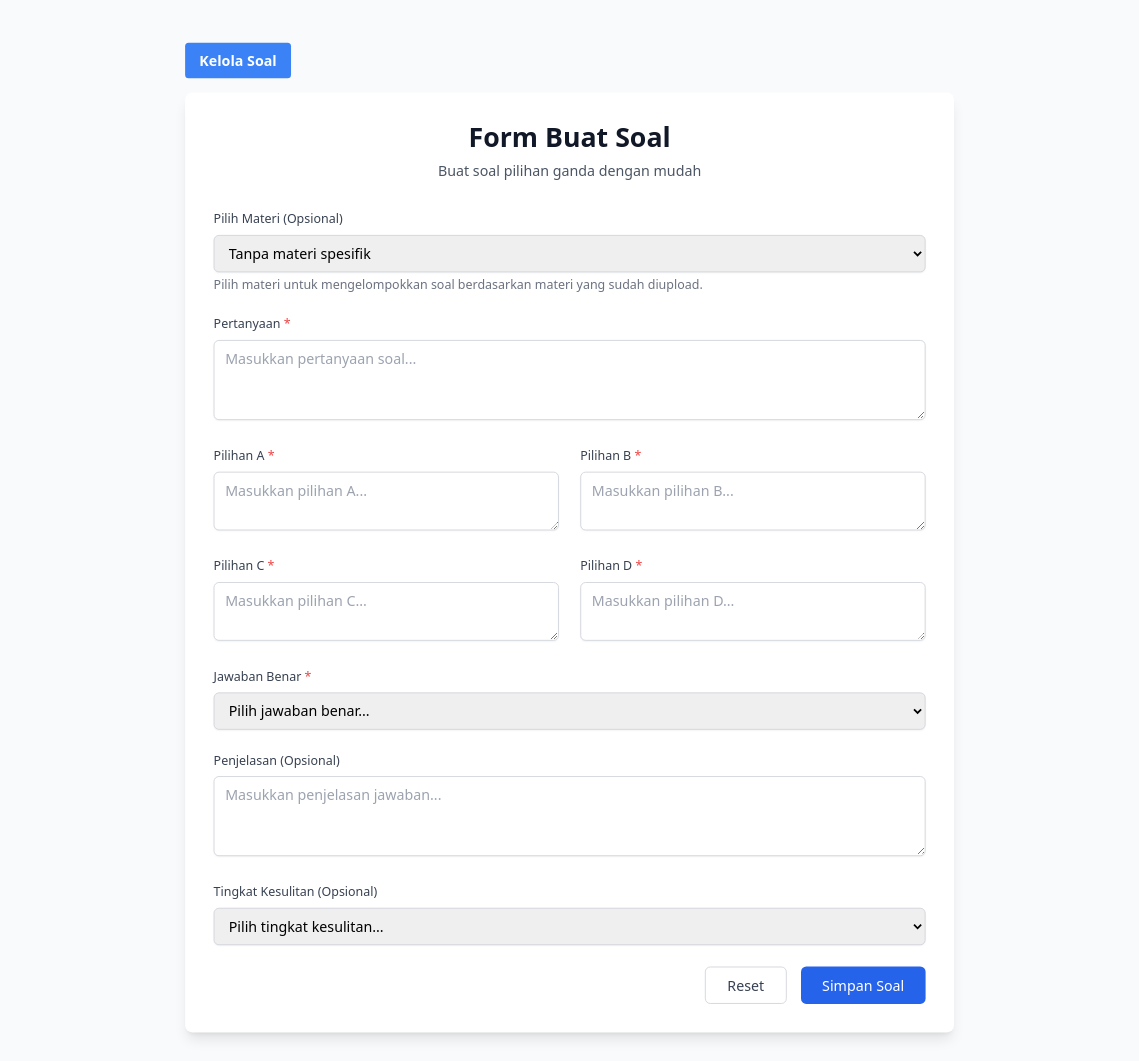
Repository: Autofat/LMS-MOOC
Page: http://localhost/questions/create
An editor plug-in stored every save of this project. The page is shown before and after the next save, followed by the edit.
The browser window is 1280 px wide. The pictures show the whole page, at 89% of full size.
Some web libraries are served in a nearby version. The page is served by the project's Laravel application, run on PHP 8.4 with Laravel 12. A made-up administrator, Test User (test@example.com), is signed in. Other server files are loaded and not shown. Queries for data that is not in the repository find no rows.

Above is the page before, as saved 2025-08-01 11:41:44.
Console error: TypeError: Cannot set properties of null (setting 'textContent')

### routes/web.php
<?php

use Illuminate\Support\Facades\Route;
use Illuminate\Support\Facades\Auth;
use Illuminate\Support\Facades\Http;
use Illuminate\Support\Facades\Storage;
use Illuminate\Http\Request;
use App\Http\Controllers\QuestionController;
use App\Http\Controllers\MaterialController;
use App\Http\Controllers\AuthController;

// Root redirect to login
Route::get('/', function () {
    // Force logout and clear session
    Auth::logout();
    session()->flush();
    session()->regenerate();

    return redirect()->route('login');
});

// Authentication Routes
Route::get('/login', [AuthController::class, 'showLoginForm'])->name('login');
Route::post('/login', [AuthController::class, 'login']);
Route::get('/register', [AuthController::class, 'showRegisterForm'])->name('register');
Route::post('/register', [AuthController::class, 'register']);
Route::post('/logout', [AuthController::class, 'logout'])->name('logout');

// Temporary route to clear session
Route::get('/clear-session', function () {
    Auth::logout();
    session()->flush();
    session()->regenerate();
    return redirect()->route('login')->with('success', 'Session cleared. Please login again.');
});

// Test route to check auth status
Route::get('/test-auth', function () {
    return response()->json([
        'auth_check' => Auth::check(),
        'user' => Auth::user(),
        'session_id' => session()->getId(),
        'session_data' => session()->all()
    ]);
});

// Protected Routes (require authentication)
Route::middleware(['auth'])->group(function () {

    // Debug route for testing n8n connection
    Route::get('/test-n8n-connection', function () {
        try {
            $testData = [
                'action' => 'test_connection',
                'timestamp' => now()->toISOString(),
                'message' => 'Laravel connection test'
            ];

            $n8nUrl = env('N8N_GENERATE_QUESTIONS_URL', 'http://localhost:5678/webhook/generate-questions');

            $response = Http::timeout(120)
                ->retry(2, 100)
                ->withOptions([
                    'verify' => false,
                    'allow_redirects' => true,
                    'http_errors' => false
                ])
                ->post($n8nUrl, $testData);

            return response()->json([
                'success' => true,
                'message' => 'n8n connection test completed',
                'url' => $n8nUrl,
                'request_data' => $testData,
                'response' => [
                    'status' => $response->status(),
                    'headers' => $response->headers(),
                    'body' => $response->body(),
                    'successful' => $response->successful()
                ]
            ]);

        } catch (\Exception $e) {
            return response()->json([
                'success' => false,
                'error' => $e->getMessage(),
                'error_class' => get_class($e)
            ], 500);
        }
    })->name('test.n8n.connection');

    // Material Routes
    Route::get('/materials', [MaterialController::class, 'index'])->name('materials.index');
    Route::get('/materials/create', [MaterialController::class, 'create'])->name('materials.create');
    Route::post('/materials', [MaterialController::class, 'store'])->name('materials.store');
    Route::get('/materials/{id}', [MaterialController::class, 'show'])->name('materials.show');
    Route::get('/materials/{id}/edit', [MaterialController::class, 'edit'])->name('materials.edit');
    Route::put('/materials/{id}', [MaterialController::class, 'update'])->name('materials.update');
    Route::delete('/materials/{id}', [MaterialController::class, 'destroy'])->name('materials.destroy');
    Route::get('/materials/{id}/download', [MaterialController::class, 'download'])->name('materials.download');

    // Debug routes for testing file uploads
    Route::get('/test-upload', function () {
        return view('test-upload');
    })->name('test.upload.form');

    Route::post('/test-upload', function (Request $request) {
        $info = [
            'has_file' => $request->hasFile('pdf_file'),
            'php_upload_max' => ini_get('upload_max_filesize'),
            'php_post_max' => ini_get('post_max_size'),
            'storage_writable' => is_writable(storage_path('app/public')),
            'materials_dir_exists' => Storage::disk('public')->exists('materials'),
        ];

        if ($request->hasFile('pdf_file')) {
            $file = $request->file('pdf_file');
            $info['file'] = [
                'name' => $file->getClientOriginalName(),
                'size' => $file->getSize(),
                'mime' => $file->getMimeType(),
                'is_valid' => $file->isValid(),
                'error' => $file->getError(),
            ];
        }

        return response()->json($info);
    })->name('test.upload');
    Route::get('/materials/{id}/questions', [MaterialController::class, 'questions'])->name('materials.questions');

    // Generate Questions with n8n
    Route::post('/materials/{id}/generate-questions', [MaterialController::class, 'generateQuestions'])->name('materials.generate-questions');
    Route::post('/materials/{id}/generate-questions-async', [MaterialController::class, 'generateQuestionsAsync'])->name('materials.generate-questions-async');
    Route::get('/materials/{id}/test-n8n', [MaterialController::class, 'testN8nConnection'])->name('materials.test-n8n');

    // Form Manual Input
    Route::get('/questions/create', [QuestionController::class, 'create'])->name('questions.create');
    Route::post('/questions', [QuestionController::class, 'store'])->name('questions.store');

    // Manage and Edit Questions
    Route::get('/questions/manage', [QuestionController::class, 'manage'])->name('questions.manage');
    Route::get('/questions/{id}/edit', [QuestionController::class, 'edit'])->name('questions.edit');
    Route::put('/questions/{id}', [QuestionController::class, 'update'])->name('questions.update');
    Route::delete('/questions/{id}', [QuestionController::class, 'destroy'])->name('questions.destroy');
});

### resources/views/form.blade.php
<!DOCTYPE html>
<html lang="id">

<head>
    <meta charset="UTF-8">
    <meta name="viewport" content="width=device-width, initial-scale=1.0">
    <title>Form Buat Soal</title>
    <script src="https://cdn.tailwindcss.com"></script>
</head>

<body class="bg-gray-50 min-h-screen py-8">
    <div class="max-w-4xl mx-auto px-4 py-4">
        <div class="flex justify-between items-center">
            <a href="{{ route('questions.manage') }}"
                class="bg-blue-500 hover:bg-blue-700 text-white font-bold py-2 px-4 rounded">Kelola Soal
            </a>
        </div>
    </div>
    <div class="max-w-4xl mx-auto px-4">
        <div class="bg-white rounded-lg shadow-lg p-8">
            <!-- Header -->
            <div class="text-center mb-8">
                <h1 class="text-3xl font-bold text-gray-900 mb-2">Form Buat Soal</h1>
                <p class="text-gray-600">Buat soal pilihan ganda dengan mudah</p>
            </div>

            <!-- Auto-Fill Message -->
            @if (isset($autoFillData))
                <div class="bg-blue-100 border border-blue-400 text-blue-700 px-4 py-3 rounded mb-6">
                    <strong>Form telah diisi otomatis!</strong> Data dari bot n8n telah dimuat. Anda dapat mengedit dan
                    submit secara manual.
                </div>
            @endif

            <!-- Error Messages -->
            @if ($errors->any())
                <div class="bg-red-100 border border-red-400 text-red-700 px-4 py-3 rounded mb-6">
                    <ul class="list-disc list-inside">
                        @foreach ($errors->all() as $error)
                            <li>{{ $error }}</li>
                        @endforeach
                    </ul>
                </div>
            @endif

            <!-- Form -->
            <form action="{{ route('questions.store') }}" method="POST" class="space-y-6">
                @csrf

                <!-- Material Selection -->
                <div>
                    <label for="material_id" class="block text-sm font-medium text-gray-700 mb-2">
                        Pilih Materi (Opsional)
                    </label>
                    <select id="material_id" name="material_id"
                        class="w-full px-3 py-2 border border-gray-300 rounded-md shadow-sm focus:outline-none focus:ring-2 focus:ring-blue-500 focus:border-transparent">
                        <option value="">Tanpa materi spesifik</option>
                        @foreach (\App\Models\Material::where('is_active', true)->orderBy('title')->get() as $material)
                            <option value="{{ $material->id }}"
                                {{ old('material_id', $autoFillData['material_id'] ?? '') == $material->id ? 'selected' : '' }}>
                                {{ $material->title }}
                                @if ($material->category)
                                    ({{ $material->category }})
                                @endif
                            </option>
                        @endforeach
                    </select>
                    <p class="text-sm text-gray-500 mt-1">Pilih materi untuk mengelompokkan soal berdasarkan materi yang
                        sudah diupload.</p>
                </div>

                <!-- Question -->
                <div>
                    <label for="question" class="block text-sm font-medium text-gray-700 mb-2">
                        Pertanyaan <span class="text-red-500">*</span>
                    </label>
                    <textarea id="question" name="question" rows="3"
                        class="w-full px-3 py-2 border border-gray-300 rounded-md shadow-sm focus:outline-none focus:ring-2 focus:ring-blue-500 focus:border-transparent"
                        placeholder="Masukkan pertanyaan soal..." required>{{ old('question', $autoFillData['question'] ?? '') }}</textarea>
                </div>

                <!-- Options -->
                <div class="grid md:grid-cols-2 gap-6">
                    <!-- Option A -->
                    <div>
                        <label for="option_a" class="block text-sm font-medium text-gray-700 mb-2">
                            Pilihan A <span class="text-red-500">*</span>
                        </label>
                        <textarea id="option_a" name="option_a" rows="2"
                            class="w-full px-3 py-2 border border-gray-300 rounded-md shadow-sm focus:outline-none focus:ring-2 focus:ring-blue-500 focus:border-transparent"
                            placeholder="Masukkan pilihan A..." required>{{ old('option_a', $autoFillData['option_a'] ?? '') }}</textarea>
                    </div>

                    <!-- Option B -->
                    <div>
                        <label for="option_b" class="block text-sm font-medium text-gray-700 mb-2">
                            Pilihan B <span class="text-red-500">*</span>
                        </label>
                        <textarea id="option_b" name="option_b" rows="2"
                            class="w-full px-3 py-2 border border-gray-300 rounded-md shadow-sm focus:outline-none focus:ring-2 focus:ring-blue-500 focus:border-transparent"
                            placeholder="Masukkan pilihan B..." required>{{ old('option_b', $autoFillData['option_b'] ?? '') }}</textarea>
                    </div>

                    <!-- Option C -->
                    <div>
                        <label for="option_c" class="block text-sm font-medium text-gray-700 mb-2">
                            Pilihan C <span class="text-red-500">*</span>
                        </label>
                        <textarea id="option_c" name="option_c" rows="2"
                            class="w-full px-3 py-2 border border-gray-300 rounded-md shadow-sm focus:outline-none focus:ring-2 focus:ring-blue-500 focus:border-transparent"
                            placeholder="Masukkan pilihan C..." required>{{ old('option_c', $autoFillData['option_c'] ?? '') }}</textarea>
                    </div>

                    <!-- Option D -->
                    <div>
                        <label for="option_d" class="block text-sm font-medium text-gray-700 mb-2">
                            Pilihan D <span class="text-red-500">*</span>
                        </label>
                        <textarea id="option_d" name="option_d" rows="2"
                            class="w-full px-3 py-2 border border-gray-300 rounded-md shadow-sm focus:outline-none focus:ring-2 focus:ring-blue-500 focus:border-transparent"
                            placeholder="Masukkan pilihan D..." required>{{ old('option_d', $autoFillData['option_d'] ?? '') }}</textarea>
                    </div>
                </div>

                <!-- Answer -->
                <div>
                    <label for="answer" class="block text-sm font-medium text-gray-700 mb-2">
                        Jawaban Benar <span class="text-red-500">*</span>
                    </label>
                    <select id="answer" name="answer"
                        class="w-full px-3 py-2 border border-gray-300 rounded-md shadow-sm focus:outline-none focus:ring-2 focus:ring-blue-500 focus:border-transparent"
                        required>
                        <option value="">Pilih jawaban benar...</option>
                        <option value="A"
                            {{ old('answer', $autoFillData['answer'] ?? '') == 'A' ? 'selected' : '' }}>A</option>
                        <option value="B"
                            {{ old('answer', $autoFillData['answer'] ?? '') == 'B' ? 'selected' : '' }}>B</option>
                        <option value="C"
                            {{ old('answer', $autoFillData['answer'] ?? '') == 'C' ? 'selected' : '' }}>C</option>
                        <option value="D"
                            {{ old('answer', $autoFillData['answer'] ?? '') == 'D' ? 'selected' : '' }}>D</option>
                    </select>
                </div>

                <!-- Explanation -->
                <div>
                    <label for="explanation" class="block text-sm font-medium text-gray-700 mb-2">
                        Penjelasan (Opsional)
                    </label>
                    <textarea id="explanation" name="explanation" rows="3"
                        class="w-full px-3 py-2 border border-gray-300 rounded-md shadow-sm focus:outline-none focus:ring-2 focus:ring-blue-500 focus:border-transparent"
                        placeholder="Masukkan penjelasan jawaban...">{{ old('explanation', $autoFillData['explanation'] ?? '') }}</textarea>
                </div>

                <!-- Difficulty -->
                <div>
                    <label for="difficulty" class="block text-sm font-medium text-gray-700 mb-2">
                        Tingkat Kesulitan (Opsional)
                    </label>
                    <select id="difficulty" name="difficulty"
                        class="w-full px-3 py-2 border border-gray-300 rounded-md shadow-sm focus:outline-none focus:ring-2 focus:ring-blue-500 focus:border-transparent">
                        <option value="">Pilih tingkat kesulitan...</option>
                        <option value="Mudah"
                            {{ old('difficulty', $autoFillData['difficulty'] ?? '') == 'Mudah' ? 'selected' : '' }}>
                            Mudah</option>
                        <option value="Menengah"
                            {{ old('difficulty', $autoFillData['difficulty'] ?? '') == 'Menengah' ? 'selected' : '' }}>
                            Menengah</option>
                        <option value="Sulit"
                            {{ old('difficulty', $autoFillData['difficulty'] ?? '') == 'Sulit' ? 'selected' : '' }}>
                            Sulit</option>
                    </select>
                </div>

                <!-- Submit Button -->
                <div class="flex justify-end space-x-4">
                    <button type="button" onclick="resetForm()"
                        class="px-6 py-2 border border-gray-300 rounded-md text-gray-700 hover:bg-gray-50 focus:outline-none focus:ring-2 focus:ring-gray-500 focus:ring-offset-2 transition duration-200">
                        Reset
                    </button>
                    <button type="submit"
                        class="px-6 py-2 bg-blue-600 text-white rounded-md hover:bg-blue-700 focus:outline-none focus:ring-2 focus:ring-blue-500 focus:ring-offset-2 transition duration-200">
                        Simpan Soal
                    </button>
                </div>
            </form>
        </div>
    </div>

    <script>
        // Function to reset form
        function resetForm() {
            document.querySelector('form').reset();
            updatePreview();
        }

        // Function to update JSON preview
        function updatePreview() {
            const question = document.getElementById('question').value || 'Contoh pertanyaan...';
            const optionA = document.getElementById('option_a').value || 'Pilihan A';
            const optionB = document.getElementById('option_b').value || 'Pilihan B';
            const optionC = document.getElementById('option_c').value || 'Pilihan C';
            const optionD = document.getElementById('option_d').value || 'Pilihan D';
            const answer = document.getElementById('answer').value || 'C';
            const explanation = document.getElementById('explanation').value || 'Penjelasan jawaban...';
            const difficulty = document.getElementById('difficulty').value || 'Menengah';

            const jsonData = {
                soal: [{
                    question: question,
                    options: {
                        A: optionA,
                        B: optionB,
                        C: optionC,
                        D: optionD
                    },
                    answer: answer,
                    explanation: explanation,
                    difficulty: difficulty
                }]
            };

            document.getElementById('jsonPreview').textContent = JSON.stringify(jsonData, null, 2);
        }

        // Add event listeners to update preview
        document.addEventListener('DOMContentLoaded', function() {
            const inputs = ['question', 'option_a', 'option_b', 'option_c', 'option_d', 'answer', 'explanation',
                'difficulty'
            ];
            inputs.forEach(id => {
                const element = document.getElementById(id);
                element.addEventListener('input', updatePreview);
                element.addEventListener('change', updatePreview);
            });

            updatePreview(); // Initial preview
        });
    </script>
</body>

</html>

### app/Models/Material.php
<?php

namespace App\Models;

use Illuminate\Database\Eloquent\Model;

class Material extends Model
{
    protected $fillable = [
        'title',
        'description',
        'file_path',
        'file_name',
        'file_size',
        'category',
        'is_active'
    ];

    protected $casts = [
        'is_active' => 'boolean',
    ];

    /**
     * Get the questions for this material.
     */
    public function questions()
    {
        return $this->hasMany(Question::class);
    }

    /**
     * Get file size in human readable format
     */
    public function getFileSizeHumanAttribute()
    {
        $bytes = $this->file_size;
        $units = ['B', 'KB', 'MB', 'GB'];

        for ($i = 0; $bytes > 1024 && $i < count($units) - 1; $i++) {
            $bytes /= 1024;
        }

        return round($bytes, 2) . ' ' . $units[$i];
    }
}

Loaded but not shown: app/Models/User.php (common file); app/Http/Controllers/Controller.php (common file); app/Http/Controllers/QuestionController.php (1404 lines, source omitted)

After the next save:
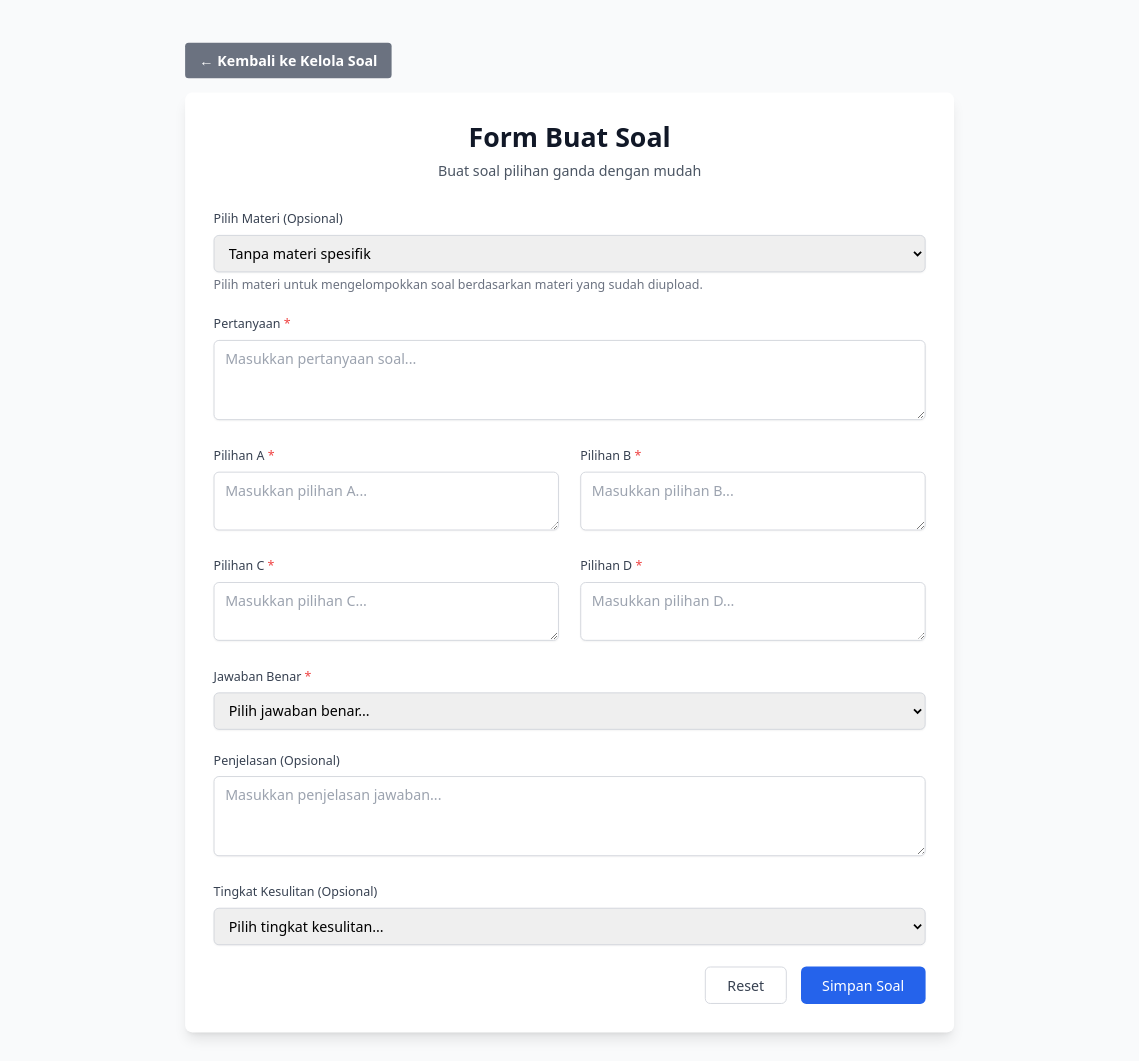
Saved 68 s later.
--- a/resources/views/form.blade.php
+++ b/resources/views/form.blade.php
@@ -12,7 +12,8 @@
     <div class="max-w-4xl mx-auto px-4 py-4">
         <div class="flex justify-between items-center">
             <a href="{{ route('questions.manage') }}"
-                class="bg-blue-500 hover:bg-blue-700 text-white font-bold py-2 px-4 rounded">Kelola Soal
+                class="bg-gray-500 hover:bg-gray-700 text-white font-bold py-2 px-4 rounded">
+                ← Kembali ke Kelola Soal
             </a>
         </div>
     </div>
